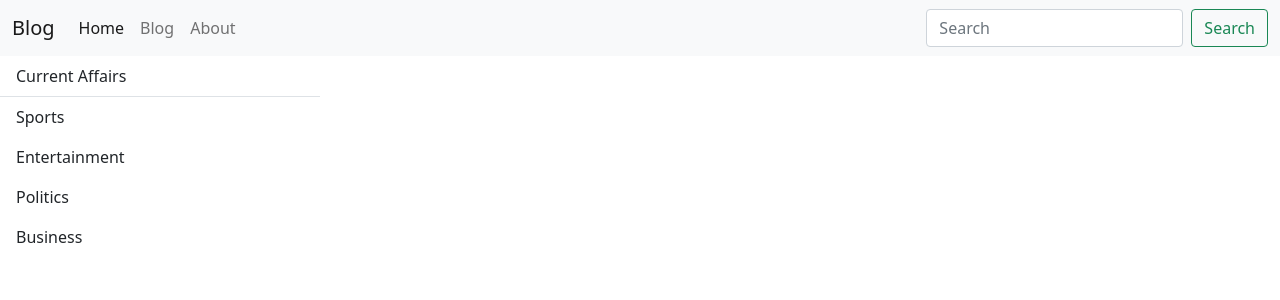
Repository: syni18/bootstrap_blog
Page: index.html
These files come from the project's save history. The page is drawn as it stood at one moment and after a run of saves; the edit follows.
The browser window is 1280 px wide. The pictures show the whole page.

Above is the page before, as saved 2023-10-25 21:06:54.

After the next 3 saves:
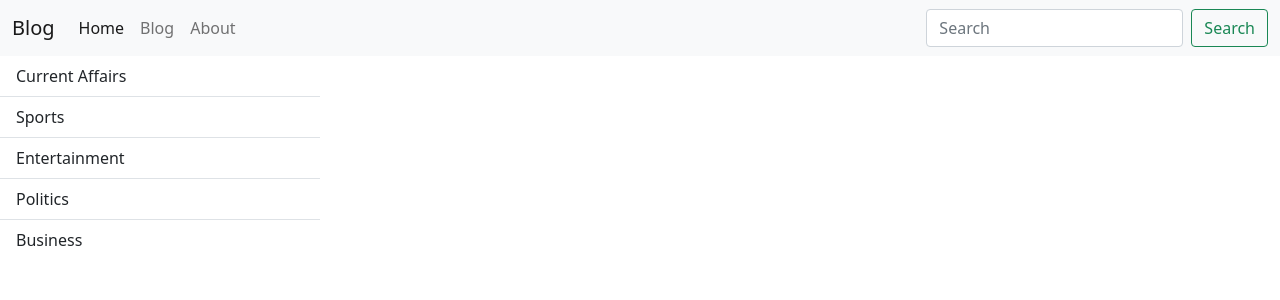
The 3 saves are shown as one change because they came seconds apart.
The last was saved 16 s later.
--- a/index.html
+++ b/index.html
@@ -91,9 +91,9 @@
             <div class=" w-25 p-0">
           <ul class="list-group">
             <li class="list-group-item border-0 border-bottom">Current Affairs</li>
-            <li class="list-group-item border-0">Sports</li>
-            <li class="list-group-item border-0">Entertainment</li>
-            <li class="list-group-item border-0">Politics</li>
+            <li class="list-group-item border-0 border-bottom">Sports</li>
+            <li class="list-group-item border-0 border-bottom">Entertainment</li>
+            <li class="list-group-item border-0 border-bottom">Politics</li>
             <li class="list-group-item border-0">Business</li>
 
           </ul>
